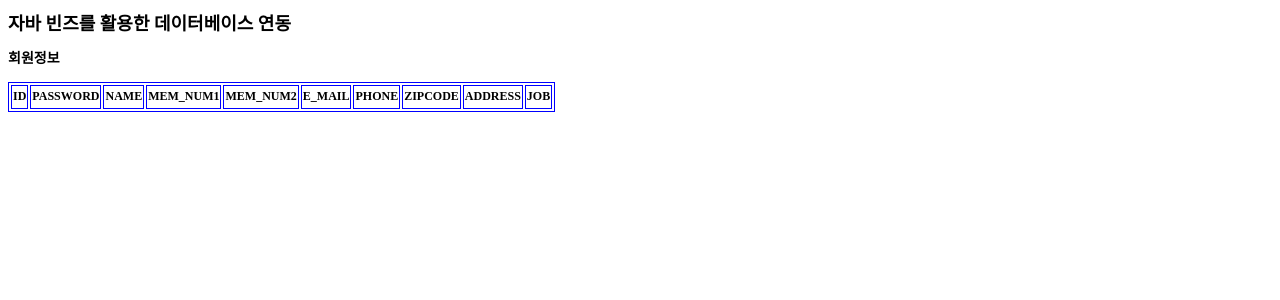
Repository: kr1124/jsp
Page: http://localhost/ServletProject/jdbc/usingDBCP.jsp
An editor plug-in stored every save of this project. The page is shown before and after the next save, followed by the edit.
The browser window is 1280 px wide. The pictures show the whole page.
The page is served by Tomcat 9. Other server files are loaded and not shown. Queries for data that is not in the repository find no rows.

Above is the page before, as saved 2024-12-06 01:33:03.

### ServletProject/src/main/webapp/jdbc/usingDBCP.jsp
<%@ page import="java.util.Vector"%>
<%@ page language="java" contentType="text/html; charset=UTF-8" pageEncoding="UTF-8" %>
<%@ page import="java.sql.*" %>
<%@ page import="com.jdbc.*" %>

<!DOCTYPE html>
<html>
	<head>
		<meta charset="UTF-8">
		<title>DBCP를 활용한 데이터베이스 연동</title>
		<link href="style.css" rel="stylesheet" type="text/css" >
	</head>
	<body>
		<h2>자바 빈즈를 활용한 데이터베이스 연동</h2>
		<h3>회원정보</h3>
		<table bordercolor="#0000ff" border="1" >
			<tr>
				<td><strong>ID</strong></td>
				<td><strong>PASSWORD</strong></td>
				<td><strong>NAME</strong></td>
				<td><strong>MEM_NUM1</strong></td>
				<td><strong>MEM_NUM2</strong></td>
				<td><strong>E_MAIL</strong></td>
				<td><strong>PHONE</strong></td>
				<td><strong>ZIPCODE</strong></td>
				<td><strong>ADDRESS</strong></td>
				<td><strong>JOB</strong></td>
			</tr>

			<jsp:useBean id="dao" class="com.jdbc.TempMemberDAO" scope="page"/>
			<%
				Vector<TempMemberVO> vlist = dao.getMemberList();
				int counter = vlist.size();

				for(int i = 0; i < vlist.size(); i++) {
					TempMemberVO vo = vlist.elementAt(i);
			%>

			<tr>
				<td><strong><%=vo.getId() %></strong></td>
				<td><strong><%=vo.getPasswd() %></strong></td>
				<td><strong><%=vo.getName() %></strong></td>
				<td><strong><%=vo.getMem_num1() %></strong></td>
				<td><strong><%=vo.getMem_num2() %></strong></td>
				<td><strong><%=vo.getE_mail() %></strong></td>
				<td><strong><%=vo.getPhone() %></strong></td>
				<td><strong><%=vo.getZipcode() %></strong></td>
				<td><strong><%=vo.getAddress() %></strong></td>
				<td><strong><%=vo.getJob() %></strong></td>
			<%}%>

			</tr>
		</table>

	</body>
</html>

### ServletProject/src/main/java/com/jdbc/TempMemberDAO.java
package com.jdbc;

import java.util.*;
import java.sql.*;

public class TempMemberDAO {
//	private final String JDBC_DRIVER="oracle.jdbc.driver.OraclDriver";
//	private final String JDBC_URL="jdbc:oracle:thin:@localhost:1521:orcl";
//	private final String USER="scott";
//	private final String PASS="tiger";
//
//	public TempMemberDAO() {
//		try {
//			Class.forName(JDBC_DRIVER);
//		} catch (Exception e) {
//			System.out.println("error : jdbc 드라이버 로딩 실패");
//		}
//	}

	public Vector<TempMemberVO> getMemberList() {
		Connection con = null;
		Statement stmt = null;
		ResultSet rs = null;

		Vector<TempMemberVO> vecList = new Vector<TempMemberVO>();

		try {
			//con = DriverManager.getConnection(JDBC_URL, USER, PASS);
			con = ConnUtil.getConnection();
			String sql = "select * from tempmember";
			stmt = con.createStatement();
			rs = stmt.executeQuery(sql);

			while(rs.next()) {
				TempMemberVO vo = new TempMemberVO();
				vo.setId(rs.getString("id"));
				vo.setPasswd(rs.getString("passwd"));
				vo.setName(rs.getString("name"));
				vo.setMem_num1(rs.getString("mem_num1"));
				vo.setMem_num2(rs.getString("mem_num2"));
				vo.setE_mail(rs.getString("e_mail"));
				vo.setPhone(rs.getString("phone"));
				vo.setZipcode(rs.getString("zipcode"));
				vo.setAddress(rs.getString("address"));
				vo.setJob(rs.getString("job"));

				vecList.add(vo);
			}
		} catch (Exception e) {
			System.out.println("Exception : " + e);
		} finally {

		}

		return vecList;
	}
}

### ServletProject/src/main/java/com/jdbc/ConnUtil.java
package com.jdbc;

import java.sql.*;
import javax.sql.*;
import javax.naming.*;

public class ConnUtil {
	public static Connection getConnection() {
		Connection con = null;

		try {
			Context initContext = new InitialContext();
			Context envContext  = (Context)initContext.lookup("java:/comp/env");
			DataSource ds = (DataSource)envContext.lookup("jdbc/myOracle");
			con = ds.getConnection();

			System.out.println("데이터베이스 연결 성공");
		} catch(Exception se) {
			System.out.println("데이터베이스 연결 실패");
		}

		return con;
	}
}

### ServletProject/src/main/webapp/jdbc/style.css
@charset "UTF-8";
body, td, select, div, form {
	font-size : 9pt;
	color: black;
	line-height: 160%;
	font-family: serif;
}

textarea, input {
	border-right: 1px solid #999999;
	border-top: 1px solid #999999;
	border-left: 1px solid #999999;
	border-bottom: 1px solid #999999;
	font-size: 9pt;
	color: black;
	background-color: white;
	font-family: serif;
}

a:link {
	text-decoration: none;
	color: #696969;
}
a:hover {
	text-decoration: yes;
	color: #66ccff;
}
a:visited {
	text-decoration: none;
	color: #330066;
}

After the next save:
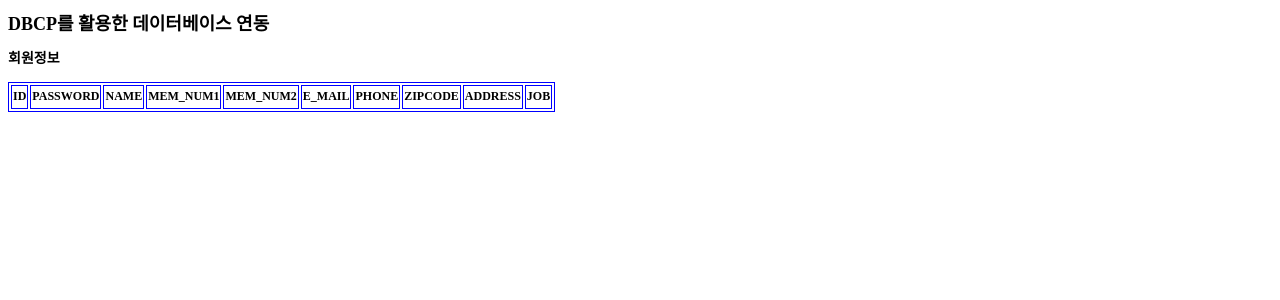
Saved 4 s later.
--- a/ServletProject/src/main/webapp/jdbc/usingDBCP.jsp
+++ b/ServletProject/src/main/webapp/jdbc/usingDBCP.jsp
@@ -11,7 +11,7 @@
 		<link href="style.css" rel="stylesheet" type="text/css" >
 	</head>
 	<body>
-		<h2>자바 빈즈를 활용한 데이터베이스 연동</h2>
+		<h2>DBCP를 활용한 데이터베이스 연동</h2>
 		<h3>회원정보</h3>
 		<table bordercolor="#0000ff" border="1" >
 			<tr>
